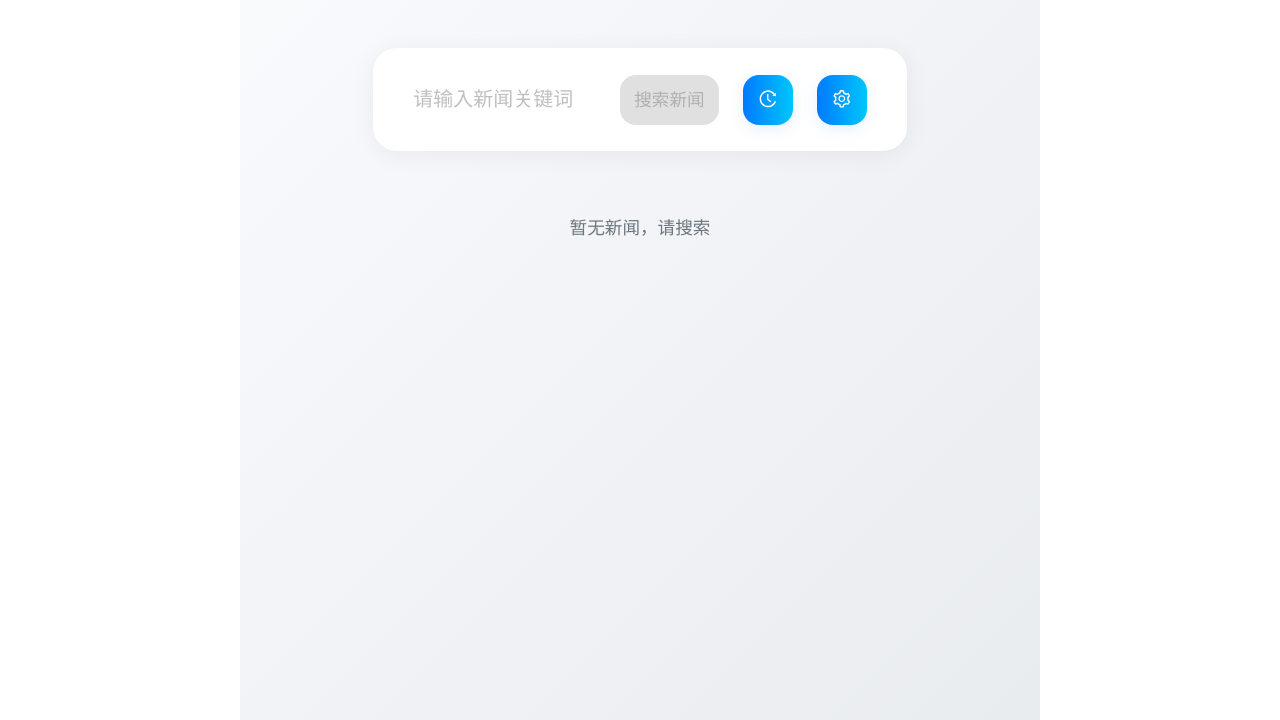
Repository: XJN7197/NewsAssistantBaseMCP
Page: / (app in frontend/)
An editor plug-in stored every save of this project. The page is shown before and after the next save, followed by the edit.
The browser window is 1280 px wide. The pictures show the whole page.
The project was rebuilt for these pictures with package versions that can differ from the ones it lists, and the page was loaded fresh each time. Also part of the build but not shown: frontend/vite.config.ts.

Above is the page before, as saved 2025-05-23 18:29:51.

After the next save:
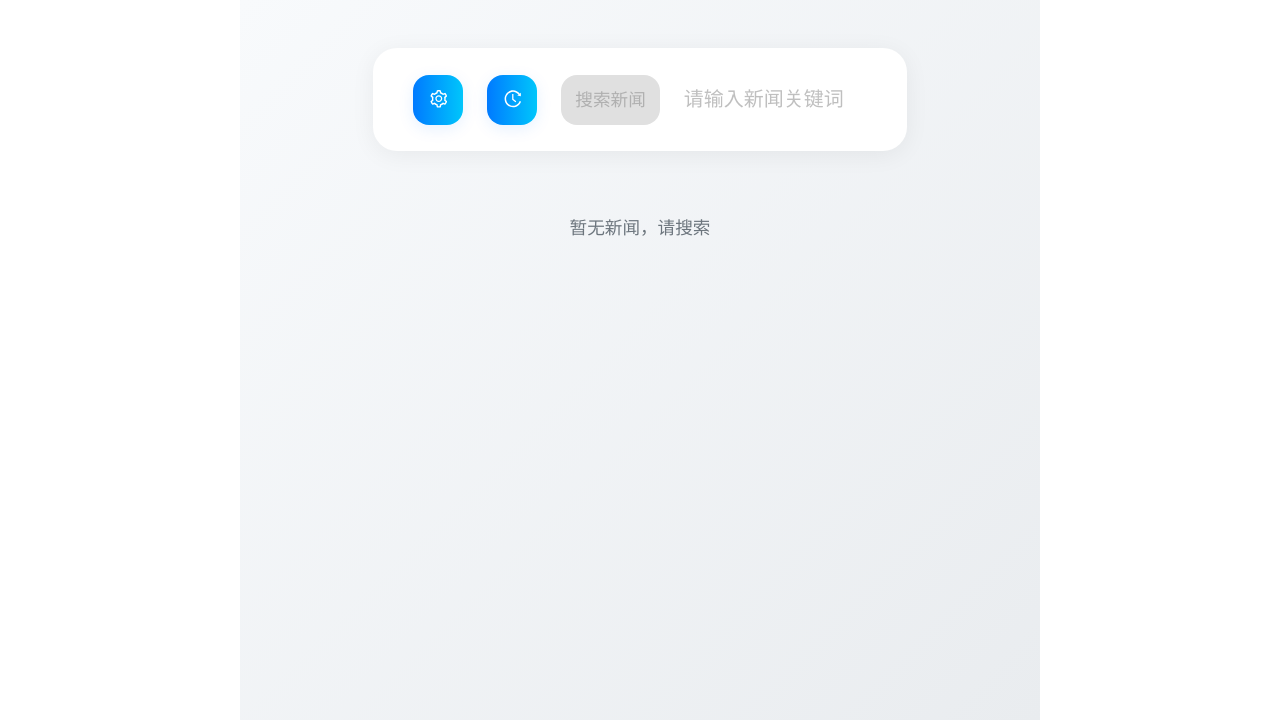
Saved 4 min 37 s later.
--- a/frontend/src/pages/Home.module.css
+++ b/frontend/src/pages/Home.module.css
@@ -11,24 +11,26 @@
 
 .search-bar {
   display: flex;
-  gap:10px;
-  position: sticky; top: 0; z-index: 1;
+  flex-direction: row-reverse;
+  gap: 24px;
+  position: sticky;
+  top: 0;
+  z-index: 1;
   align-items: center;
-  gap: 24px; /* 增加了元素间距 */
   background: #fff;
-  border-radius: 24px; /* 更大的圆角 */
-  box-shadow: 0 4px 24px 0 rgba(0,0,0,0.06); /* 更柔和的阴影 */
-  padding: 24px 40px; /* 增加了内边距 */
-  margin-bottom: 24px; /* 减小了与下方元素的间距 */
-  width: 66.66%; /* 宽度固定为视口宽度的2/3 */
-  /* height: 250px; 高度固定为250px */
-  max-width: none; /* 移除最大宽度限制 */
+  border-radius: 24px;
+  box-shadow: 0 4px 24px 0 rgba(0,0,0,0.06);
+  padding: 24px 40px;
+  margin-bottom: 24px;
+  width: 66.66%;
+  max-width: none;
 }
 
 .search-bar input[type="text"] {
+  flex: 1;
   border: none;
   outline: none;
-  font-size: 1.25rem; /* 稍大字体 */
+  font-size: 1.25rem;
   background: transparent;
   color: #222;
   padding: 12px 6px;

After the save that followed:
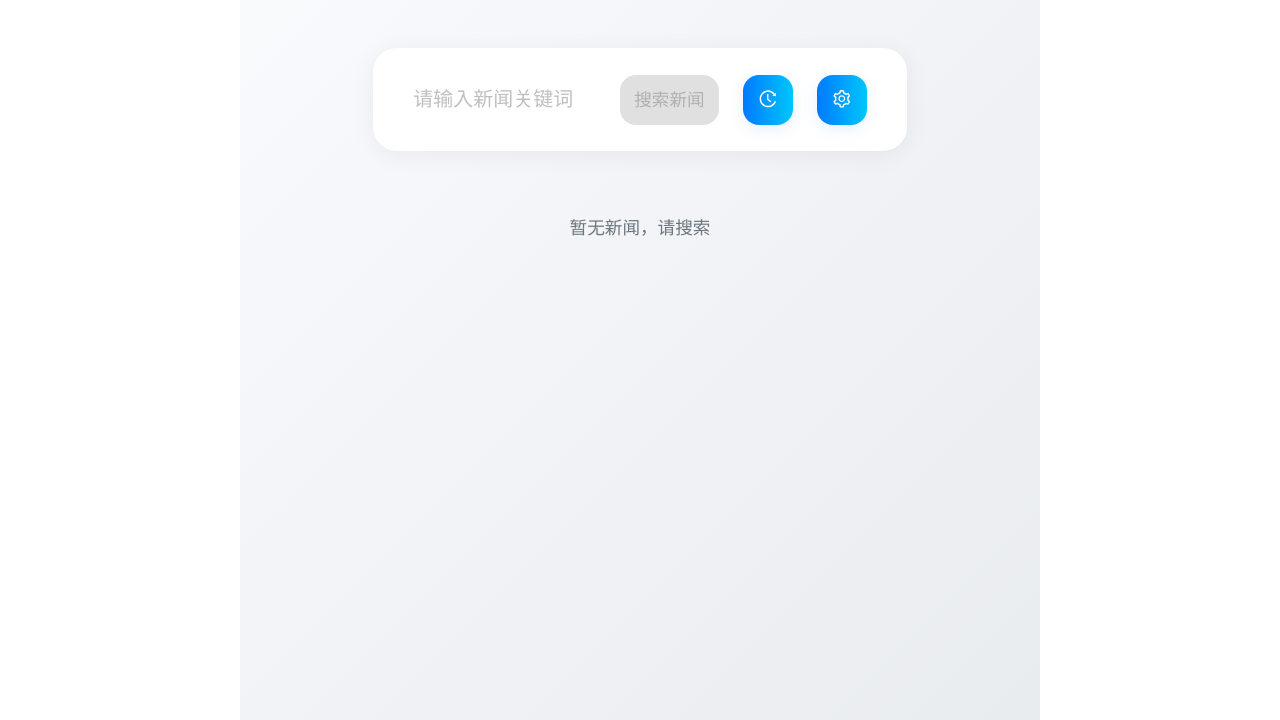
Saved 28 s later.
--- a/frontend/src/pages/Home.module.css
+++ b/frontend/src/pages/Home.module.css
@@ -11,26 +11,24 @@
 
 .search-bar {
   display: flex;
-  flex-direction: row-reverse;
-  gap: 24px;
-  position: sticky;
-  top: 0;
-  z-index: 1;
+  gap:10px;
+  position: sticky; top: 0; z-index: 1;
   align-items: center;
+  gap: 24px; /* 增加了元素间距 */
   background: #fff;
-  border-radius: 24px;
-  box-shadow: 0 4px 24px 0 rgba(0,0,0,0.06);
-  padding: 24px 40px;
-  margin-bottom: 24px;
-  width: 66.66%;
-  max-width: none;
+  border-radius: 24px; /* 更大的圆角 */
+  box-shadow: 0 4px 24px 0 rgba(0,0,0,0.06); /* 更柔和的阴影 */
+  padding: 24px 40px; /* 增加了内边距 */
+  margin-bottom: 24px; /* 减小了与下方元素的间距 */
+  width: 66.66%; /* 宽度固定为视口宽度的2/3 */
+  /* height: 250px; 高度固定为250px */
+  max-width: none; /* 移除最大宽度限制 */
 }
 
 .search-bar input[type="text"] {
-  flex: 1;
   border: none;
   outline: none;
-  font-size: 1.25rem;
+  font-size: 1.25rem; /* 稍大字体 */
   background: transparent;
   color: #222;
   padding: 12px 6px;
